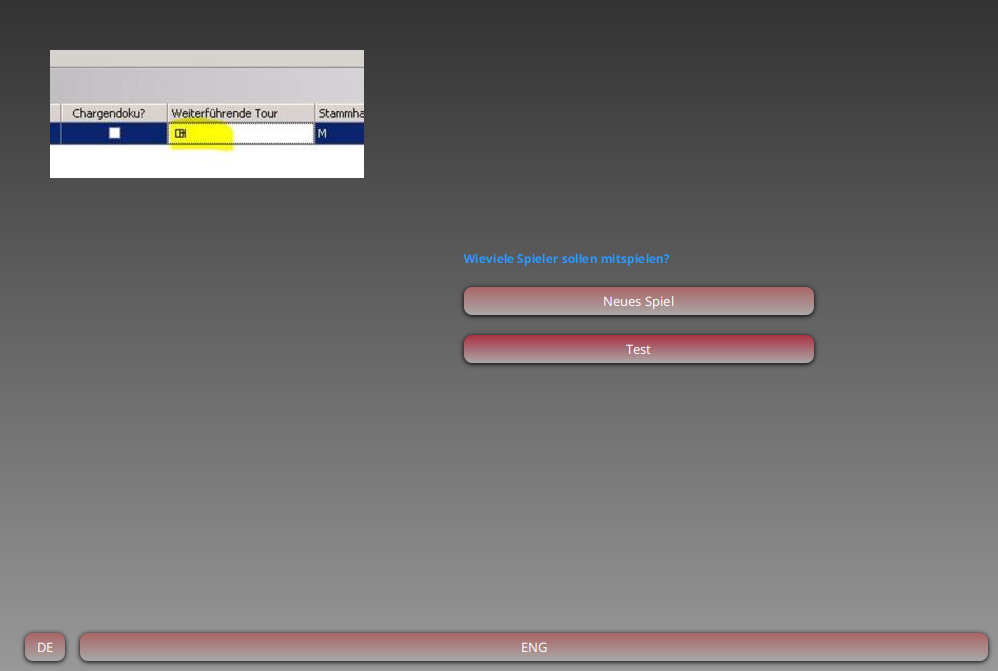
Repository: berger-designz/MenschAergereDichNicht
Program's window: java MenschAergereDichNicht/src/Game_GUI/GUI_Primary.java
These files come from the project's save history. The program's window is drawn as it stood at one moment and after the next save; the edit follows.
It runs on Java 21 on a 1366 x 768 screen with JavaFX 11; the title bar is not drawn. It also reads MenschAergereDichNicht/src/style/test_pic_1.jpg.

Above is the program's window before, as saved 2016-05-25 14:03:39.

After the next save:
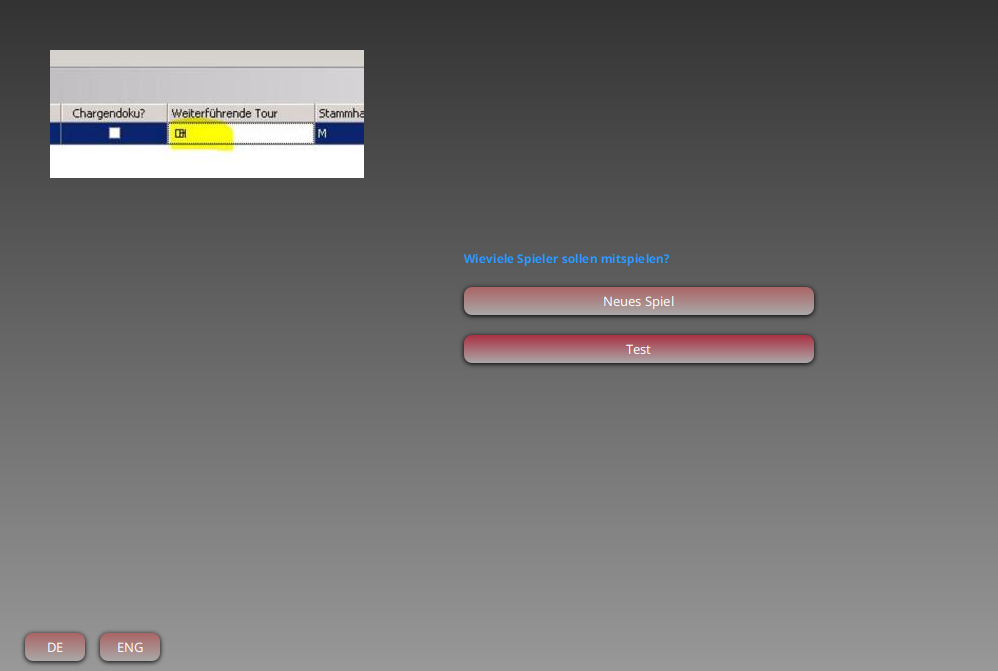
Saved 20 s later.
--- a/MenschAergereDichNicht/src/Game_GUI/GUI_Primary.java
+++ b/MenschAergereDichNicht/src/Game_GUI/GUI_Primary.java
@@ -89,8 +89,8 @@
 		HBox hbox_bottom = new HBox();
 		HBox.setHgrow(lang_de_Button, Priority.ALWAYS);
 	    HBox.setHgrow(lang_en_Button, Priority.ALWAYS);
-	    lang_de_Button.setMaxWidth(40);
-	    lang_en_Button.setMaxWidth(Double.MAX_VALUE);
+	    lang_de_Button.setMaxWidth(60);
+	    lang_en_Button.setMaxWidth(60);
 		hbox_bottom.getChildren().addAll(bottom_label, lang_de_Button, lang_en_Button);
 		hbox_bottom.setSpacing(5);
 		hbox_bottom.setPadding(new Insets(10, 10, 10, 10));
